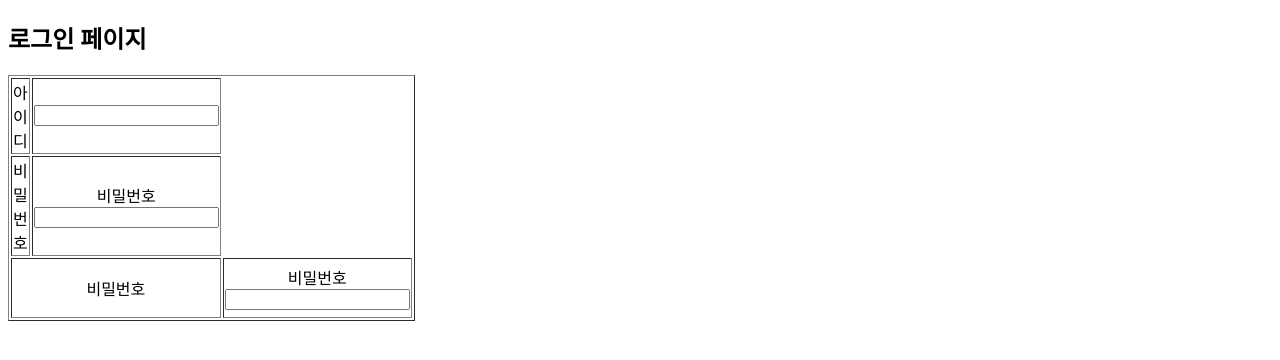
Repository: hyeongu135-ui/Jsp2026
Page: http://localhost/chapter01/Request/RequestLogin.jsp
An editor plug-in stored every save of this project. The page is shown before and after the next save, followed by the edit.
The browser window is 1280 px wide. The pictures show the whole page.
The page is served by Tomcat 9.

Above is the page before, as saved 2026-10-19 05:49:44.

### chapter01/src/main/webapp/Request/RequestLogin.jsp
<%@ page language="java" contentType="text/html; charset=UTF-8"
    pageEncoding="UTF-8" import="java.util.*"%>
<!DOCTYPE html>
<html>
<head>
<meta charset="UTF-8">
<title>Request 로그인</title>
</head>
<body>
	<div class="container">
	<h2> 로그인 페이지</h2>
	<form action="RequestLoginProc.jsp" method="post">
		<table width="400" border="1">
			<tr height="60">
				<td align="center" width="150">아이디</td>
				<td align="center" width="350">
					<input type="text" name ="id">
				</td>
			</tr>
			<tr height="60">
				<td align="center" width="150">비밀번호</td>
				<td align="center" width="350">비밀번호
					<input type="password" name ="pass">
				</td>
			</tr>
			<tr height="60">
				<td colspan="2" align="center" width="150">비밀번호</td>
				<td align="center" width="350">비밀번호
					<input type="password" name ="pass">
				</td>
			</tr>
		</table>
	</form>
	</div>
</body>
</html>

After the next save:
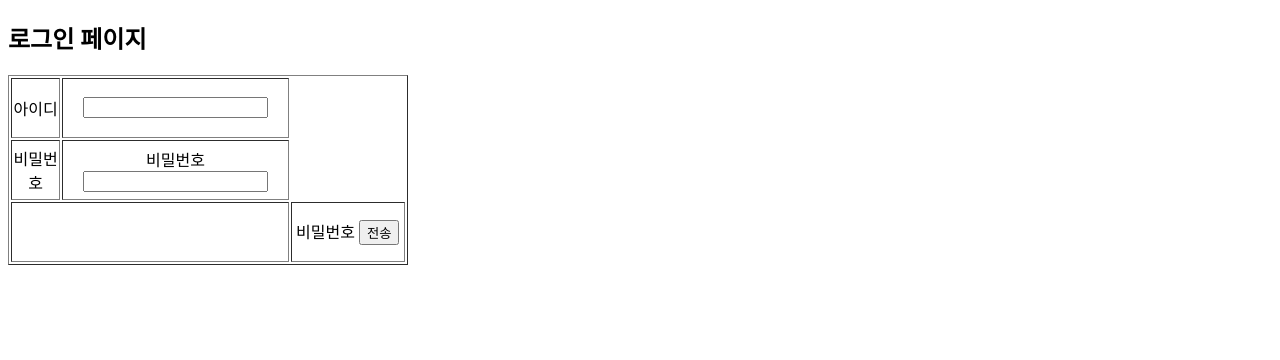
Saved 20 s later.
--- a/chapter01/src/main/webapp/Request/RequestLogin.jsp
+++ b/chapter01/src/main/webapp/Request/RequestLogin.jsp
@@ -24,9 +24,9 @@
 				</td>
 			</tr>
 			<tr height="60">
-				<td colspan="2" align="center" width="150">비밀번호</td>
+				<td colspan="2" align="center" width="150"></td>
 				<td align="center" width="350">비밀번호
-					<input type="password" name ="pass">
+					<input type="submit" value ="전송">
 				</td>
 			</tr>
 		</table>
